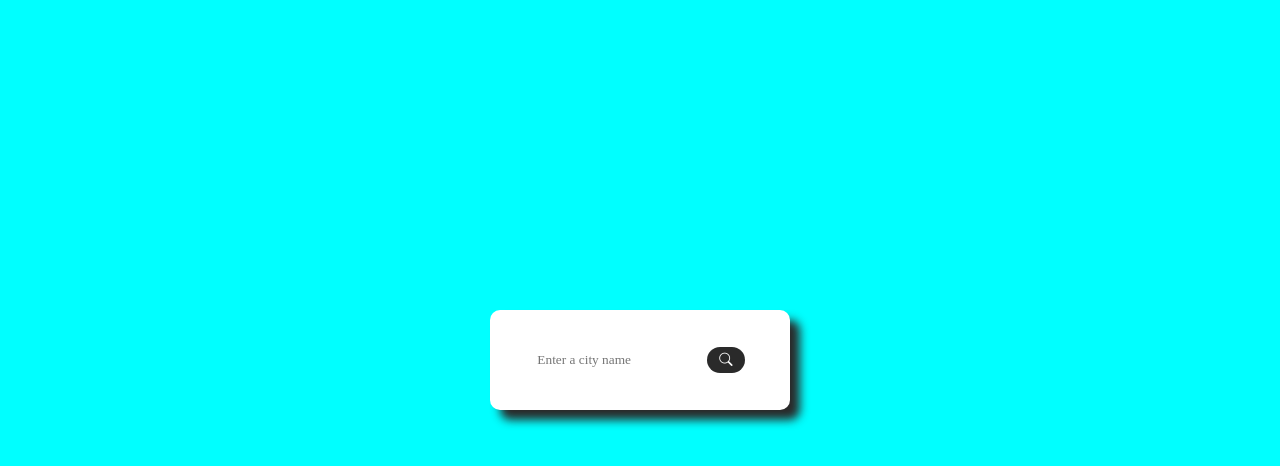
Repository: CrissRT/weather
Page: index.html
These files come from the project's save history. The page is drawn as it stood at one moment and after the next save; the edit follows.
The browser window is 1280 px wide. The pictures show the whole page.
Some web fonts or font styles are not loaded; a fallback is used.

Above is the page before, as saved 2024-06-30 19:11:23.

After the next save:
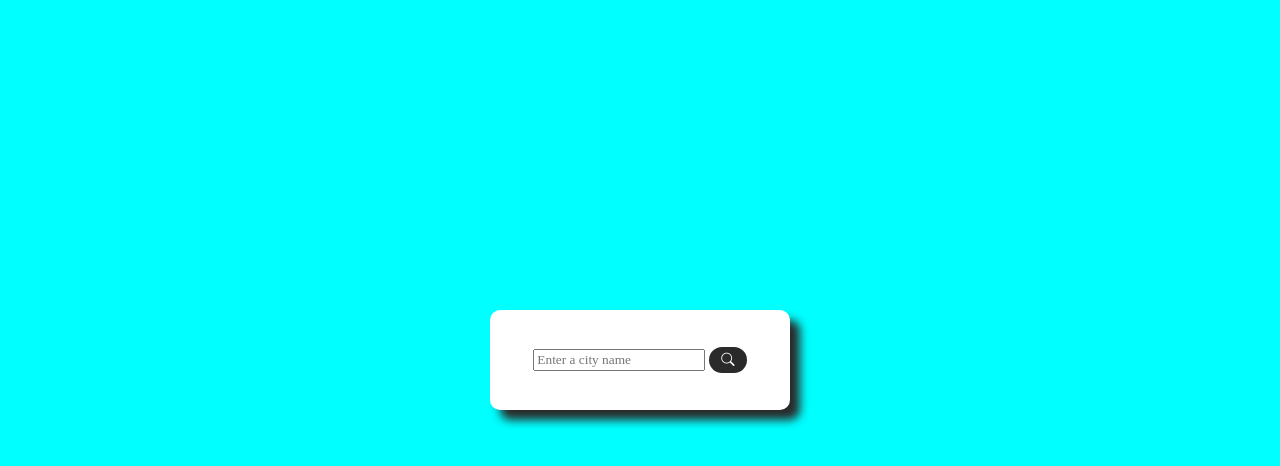
Saved 14 s later.
--- a/style.css
+++ b/style.css
@@ -46,7 +46,7 @@
     height: 100px;
 }
 
-
+.
 
 #search-input {
     outline: none;

After the save that followed:
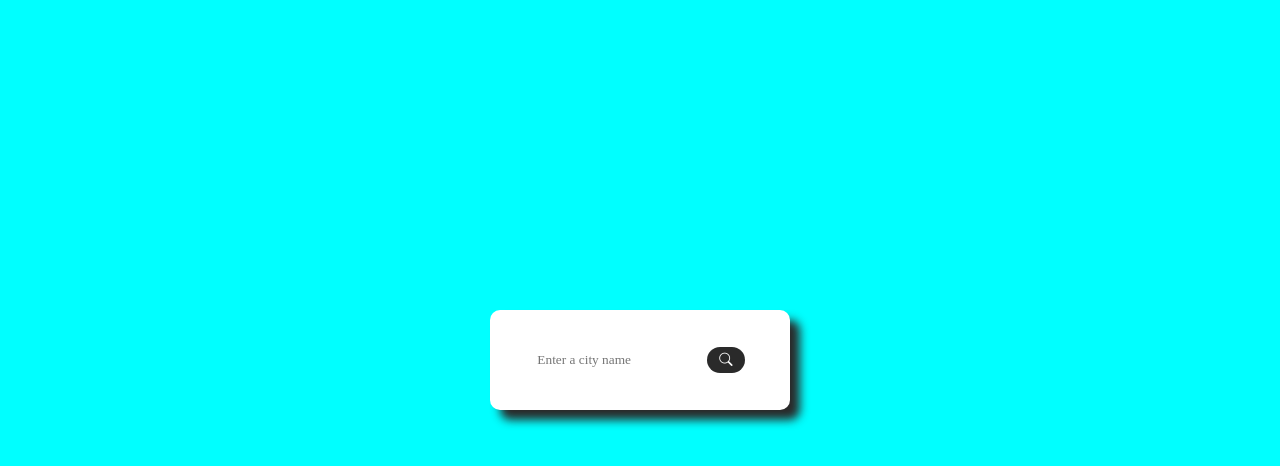
Saved 12 s later.
--- a/style.css
+++ b/style.css
@@ -46,7 +46,9 @@
     height: 100px;
 }
 
-.
+.suggestions-on-main-app {
+
+}
 
 #search-input {
     outline: none;
